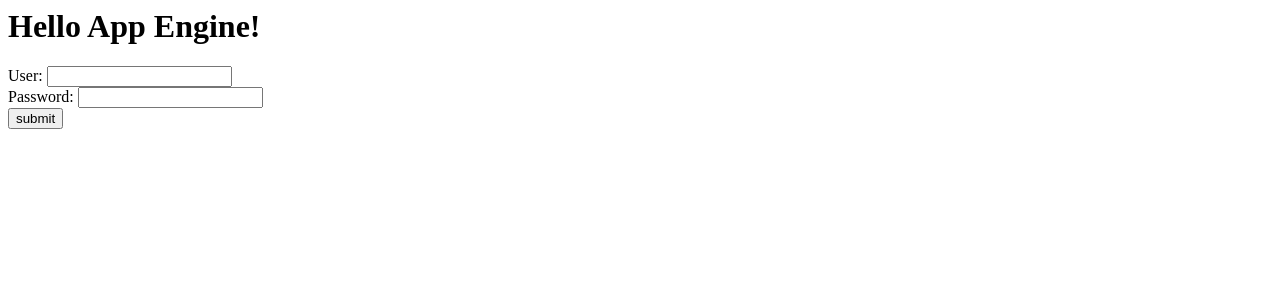
Repository: TharanyaM/Adaptavant--project
Page: session/war/index.html
An editor plug-in stored every save of this project. The page is shown before and after the next save, followed by the edit.
The browser window is 1280 px wide. The pictures show the whole page.

Above is the page before, as saved 2015-10-19 01:19:33.

After the next save:
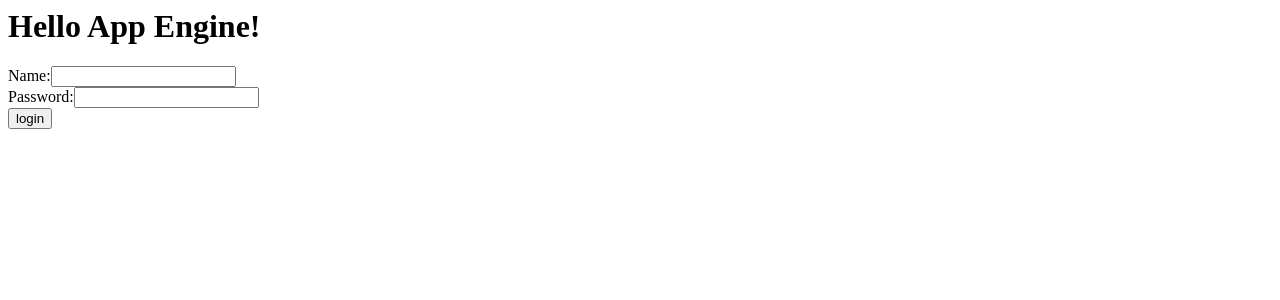
Saved 64 s later.
--- a/session/war/index.html
+++ b/session/war/index.html
@@ -15,10 +15,10 @@
   <body>
     <h1>Hello App Engine!</h1>
 
-   <form method="post" action="/Session">
-  User: <input type="text" name="user" /><br/>
-  Password: <input type="text" name="pass" ><br/>
-  <input type="submit" value="submit">
+  <form action="SessionServlet" method="post">
+Name:<input type="text" name="name"><br>
+Password:<input type="password" name="password"><br>
+<input type="submit" value="login">
 </form>
   </body>
 </html>
